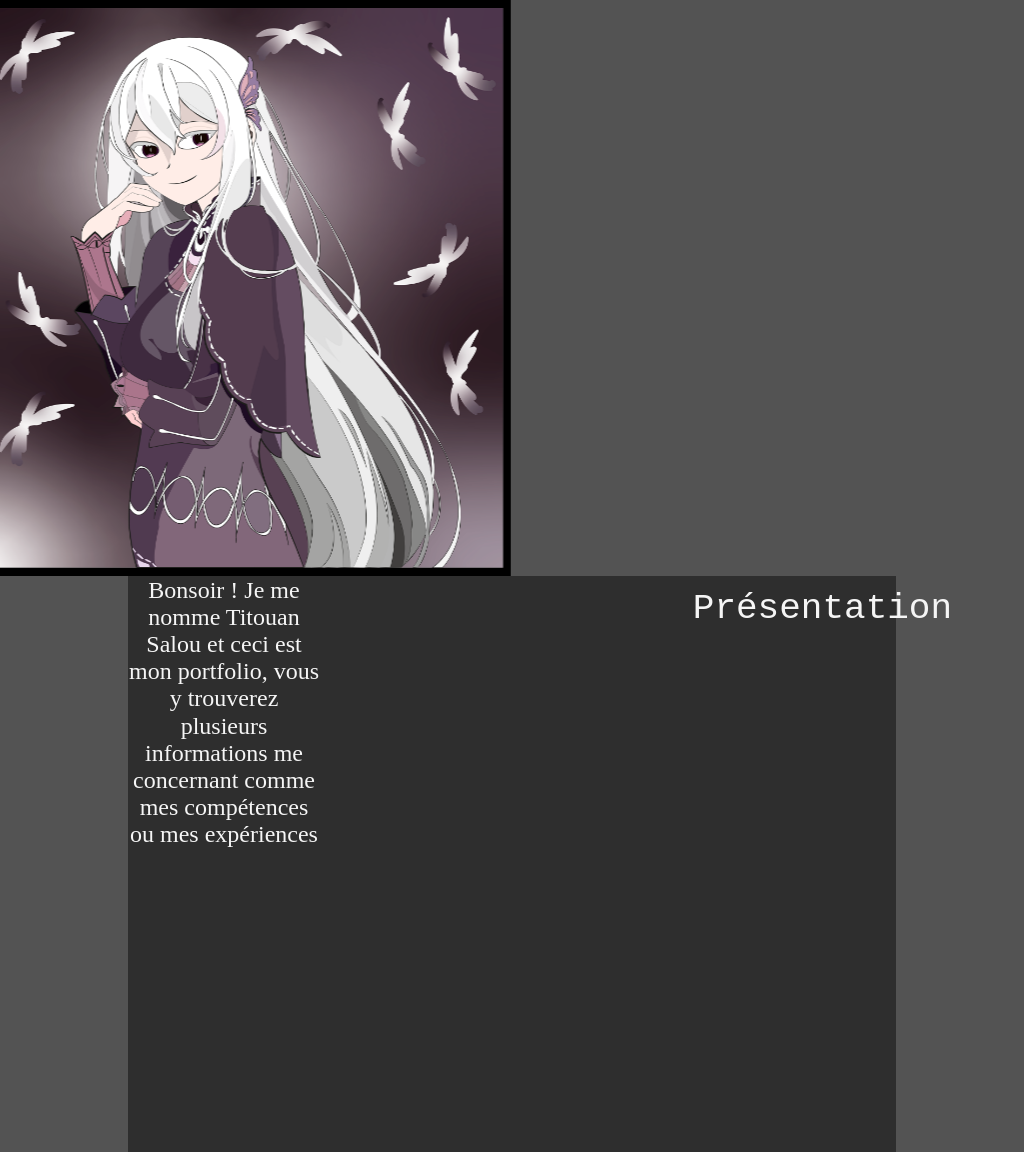
Repository: Mini-T/portfolio
Page: cv.html
An editor plug-in stored every save of this project. The page is shown before and after a run of saves, followed by the edit.
The browser window is 1280 px wide. The pictures show the whole page, at 80% of full size.
After loading, the first visible `#btnpresentation` was clicked once.

Above is the page before, as saved 2021-10-05 23:57:34.

### cv.html
<!DOCTYPE html>
<html lang="en">
  <head>
    <meta charset="UTF-8" />
    <meta http-equiv="X-UA-Compatible" content="IE=edge" />
    <meta name="viewport" content="width=device-width, initial-scale=1.0" />
    <link rel="stylesheet" href="cv.css" />

    <title>Document</title>
  </head>
  <body>
    <div id="master">
    <header>
      <div id="spawnscreen" class="backg">
        <img class="image" src="img/Echidna.png" alt="" />
        <img class="image" src="img/Halibel.png" alt="" />
        <img class="image" src="img/logo ytb ok.png" alt="" />
        <img class="image" src="img/versionfinal.jpg" alt="" />
        <img class="image" src="img/Echidna.png  " alt="" />
      </div>
    </header>
    <main>
      <nav id="navbar" class="reveal">
        <button id="btnpresentation" class="onglet">Présentation</button>
        <button id="btnskill" class="onglet">Compétences</button>
        <button id="btnformation" class="onglet">Formations</button>
        <button id="btndiplomes" class="onglet">Diplomes</button>

        <div class="">Bonsoir ! Je me nomme Titouan Salou et ceci est mon portfolio, vous y trouverez plusieurs informations me concernant comme mes compétences ou mes expériences</div>

      </nav>
    </main>
    <script src="cv.js"></script>
  </div></body>
</html>

### cv.css
body {
  display: grid;
  justify-content: center;
  background-color: rgb(83, 83, 83);
  margin: 0px;
  padding: 0px;
}
#master {
  display: grid;
  grid-template-rows: 1fr 1fr;
  justify-content: center;
  width: 100vw;
  overflow-y: auto;
  overflow-x: unset;
  min-height: 100vh;
}
main {
  justify-content: center;
  justify-self: center;
  width: 75vw;
  display: grid;
  grid-template-rows: 80px 1fr 1fr 1fr 1fr;
  grid-template-columns: 25% 25% 25% 25%;
  background-color: rgb(46, 46, 46);
  grid-template-areas: "nav nav nav nav";
}

nav {
  grid-area: nav;
  color: whitesmoke;
  font-size: 30px;
  /* border-bottom: solid 2px black;
  border-top: solid 2px black; */
  display: grid;
  grid-template-columns: repeat(4, 1fr);

  text-align: center;
  justify-content: center;
  align-items: center;
  width: 100%;
  height: 80px;
  grid-template-areas: " btnpresentation btnskills btnformation btndiplomes ";
}
.navpresentationfocus {
  grid-area: nav;
  color: whitesmoke;
  font-size: 30px;
  /* border-bottom: solid 2px black;
  border-top: solid 2px black; */
  display: grid;
  grid-template-columns: 1fr;

  text-align: center;
  justify-content: center;
  align-items: center;
  width: 100%;
  height: 80px;
  grid-template-areas: "btnpresentation";
}
.hidden {
  display: none;
}
#btnskill {
  grid-area: btnskills;
}
#btnformation {
  grid-area: btnformation;
}
#btndiplomes {
  grid-area: btndiplomes;
}
#btnpresentation {
  transition: all 0.3s ease;
  grid-area: btnpresentation;
}
a {
  font-family: "Courier New", Courier, monospace;
  text-decoration: none;
  color: unset;
}
#spawnscreen {
  display: flex;
  overflow-x: hidden;
  width: 100vw;
  height: 100vh;
  min-height: 600px;
  background-attachment: fixed;
  background-position: left;
  background-repeat: repeat;
  background-size: cover;
}

.apparition {
  animation: 1s ease-out 1 navanime;
}
@keyframes navanime {
  0% {
    opacity: 0%;
    position: relative;

    right: 40%;
  }
  100% {
    opacity: 80%;
    position: relative;
    right: 0%;
  }
}
@keyframes navanimereverse {
  0% {
    opacity: 0%;
    position: relative;
    left: 40%;
  }
  100% {
    opacity: 80%;
    position: relative;
    left: 0%;
  }
}
.image {
  width: auto;
  animation-timing-function: ease;
  animation-iteration-count: infinite;
  max-width: 100vw;
  height: auto;
  border: solid 10px black;
  animation-duration: 10s;
  animation-name: caroussel;
}
@keyframes caroussel {
  0% {
    transform: translateX(0);
  }
  25% {
    transform: translateX(-959px);
  }
  50% {
    transform: translateX(-2758px);
  }
  75% {
    transform: translateX(-3558px);
  }
  100% {
    transform: translateX(0);
  }
}
.apparitionreverse {
  animation: 1s ease-out 1 navanimereverse;
}
.reveal {
  opacity: 0;
}
.revealtrue {
  opacity: 100%;
}
.onglet {
  justify-self: center;
  width: 200px;
  height: 80px;
  background: unset;
  border: unset;
  color: whitesmoke;
  font-size: 30px;
  font-family: "Courier New", Courier, monospace;
}
.zoom {
  margin-left: 50VW;
  position: absolute;
  justify-self: center;
  font-size: 45px;
}

### cv.js
nav = document.getElementById('navbar')
window.addEventListener("scroll", () =>{
    if(window.scrollY > 99){
        document.getElementById('navbar').classList.add('revealtrue', 'apparition')
        console.log(window.scrollY)
    }

})
button1 = document.getElementById('btnpresentation');
button2 = document.getElementById('btnskill');
button3 = document.getElementById('btnformation');
button4 = document.getElementById('btndiplomes');

button1.addEventListener("click", () =>{
    nav.classList.remove('nav');
    document.getElementById('btnpresentation').classList.add('zoom');
    document.getElementById('btnskill').classList.add('hidden');
    document.getElementById('btnformation').classList.add('hidden');
    document.getElementById('btndiplomes').classList.add('hidden')

})

After the next 2 saves:
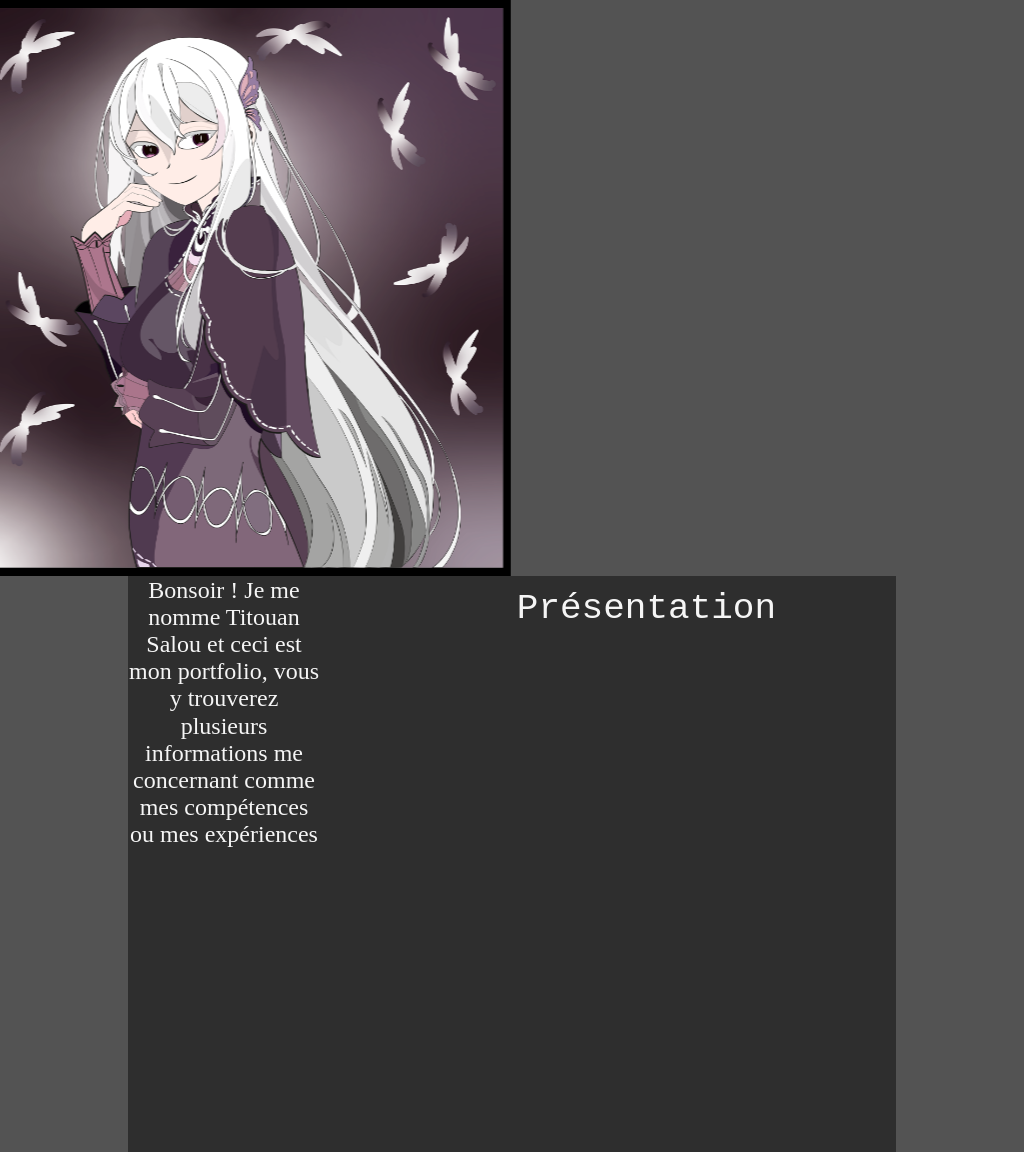
The 2 saves are shown as one change because they came seconds apart.
The last was saved 24 s later.
--- a/cv.css
+++ b/cv.css
@@ -165,7 +165,7 @@
   font-family: "Courier New", Courier, monospace;
 }
 .zoom {
-  margin-left: 50VW;
+  left: 50%;
   position: absolute;
   justify-self: center;
   font-size: 45px;
